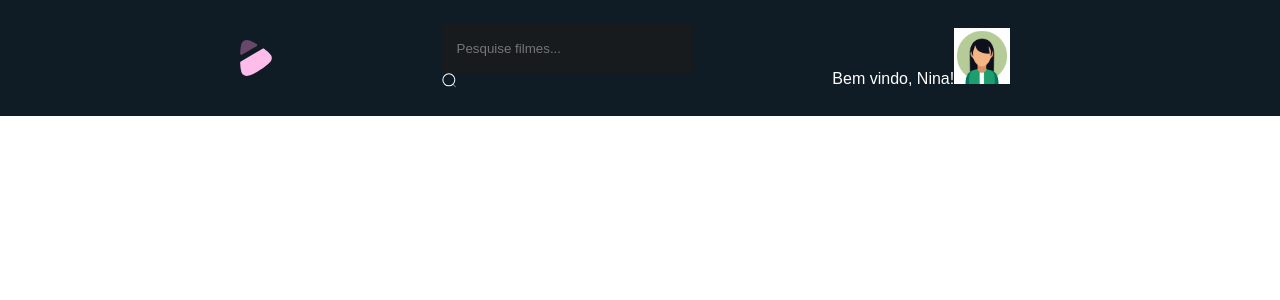
Repository: MilenaMelo/Cubos-Flix
Page: / (app in cubos-flix/)
The author's editor kept a copy of each file at every save. The page is drawn from the files as they stood at one save, then again after the next save.
The browser window is 1280 px wide. The pictures show the whole page.
The project was rebuilt for these pictures with package versions that can differ from the ones it lists, and the page was loaded fresh each time.

Above is the page before, as saved 2021-06-19 13:23:48.

After the next save:
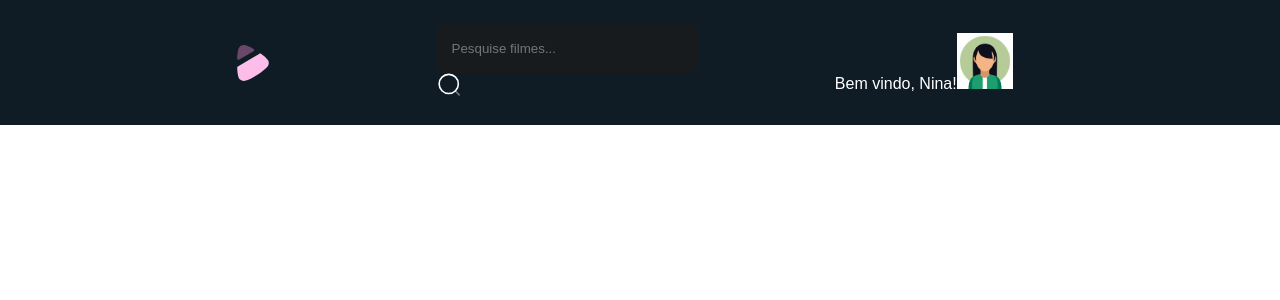
Saved 18 s later.
--- a/cubos-flix/src/components/Navbar/style.css
+++ b/cubos-flix/src/components/Navbar/style.css
@@ -21,7 +21,9 @@
 }
 
 .search-img {
-
+    width: 24px;
+    height: 24px;
+    cursor: pointer;
 }
 
 .profile-img {
